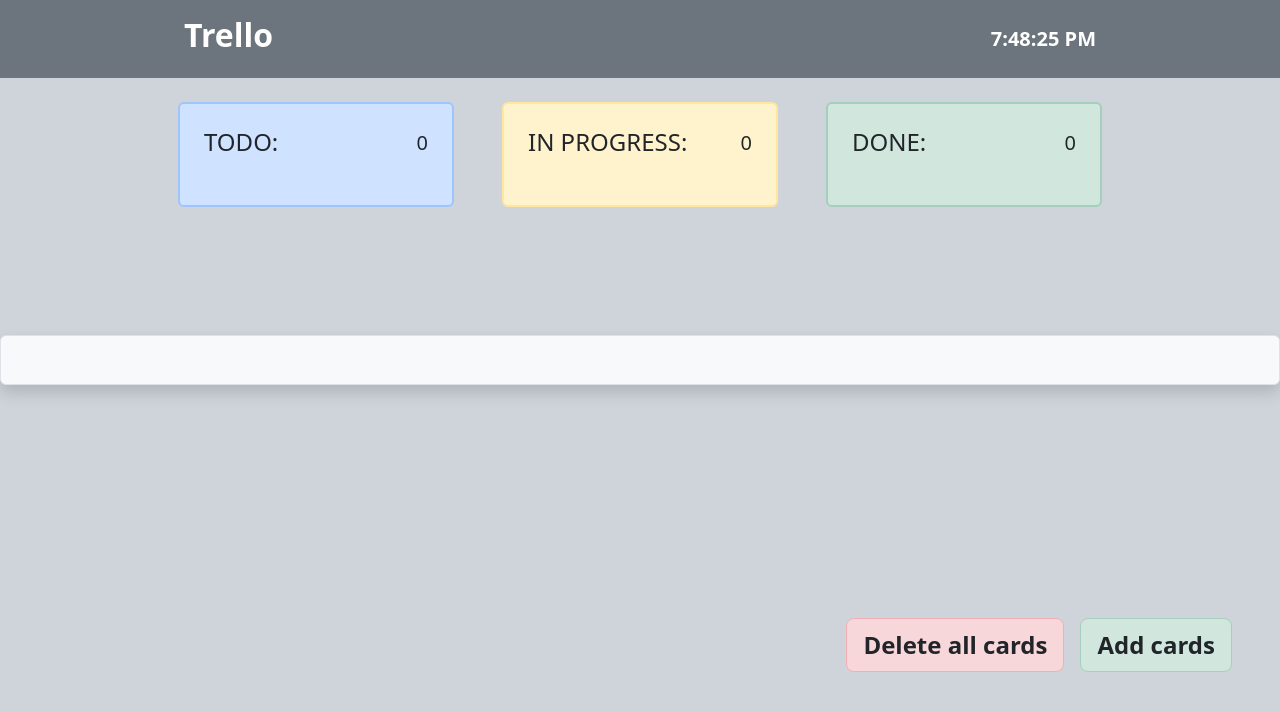
Repository: Valeria154/trello-app-clone
Page: / (app in trello-app-project/)
The author's editor kept a copy of each file at every save. The page is drawn from the files as they stood at one save, then again after the next save.
The browser window is 1280 px wide. The pictures show the whole page.
The project was rebuilt for these pictures with package versions that can differ from the ones it lists, and the page was loaded fresh each time. Also part of the build but not shown: trello-app-project/vite.config.js.

Above is the page before, as saved 2025-03-15 20:39:32.

After the next save:
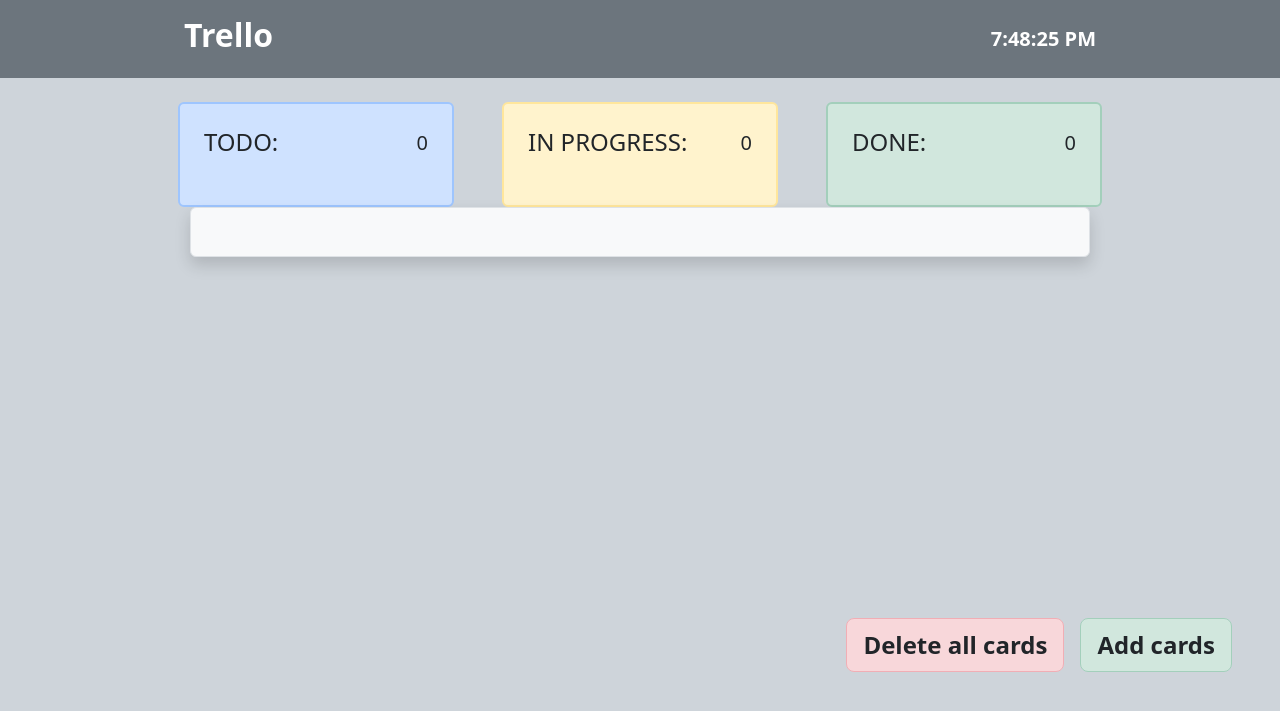
Saved 2 min 39 s later.
--- a/trello-app-project/src/index.html
+++ b/trello-app-project/src/index.html
@@ -53,7 +53,7 @@
 			</div>
 			<!-- Modal form -->
 			<div id="modalFormContainer"
-				class="d-flex justify-content-center align-items-center position-absolute top-50 start-50 translate-middle w-100 mw-50 p-4 bg-light border rounded shadow">
+				class="d-flex justify-content-center align-items-center position-relative w-100 mw-50 p-4 bg-light border rounded shadow">
 				<!-- <form class="p-4 border rounded bg-light text-start fw-semibold w-50 position-relative">
 					<div class="mb-3">
 						<label for="titile" class="form-label fs-5">Title</label>
